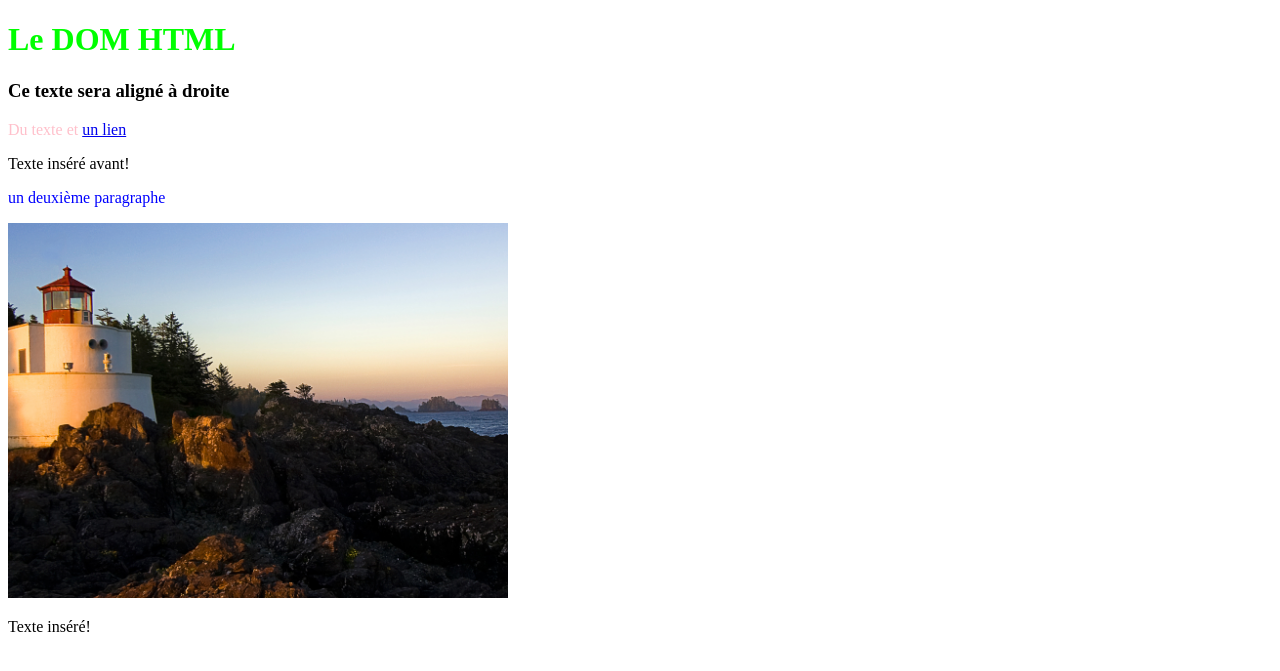
Repository: serviceshuios/-git-reference-java-lyon-worspace
Page: workspaceWeb/HtmlCssJavascript/WebContent/ModificationsDocumentEtElement.html
These files come from the project's save history. The page is drawn as it stood at one moment and after the next save; the edit follows.
The browser window is 1280 px wide. The pictures show the whole page.

Above is the page before, as saved 2017-04-05 13:21:02.

### workspaceWeb/HtmlCssJavascript/WebContent/ModificationsDocumentEtElement.html
<!DOCTYPE html>
<html>
	<head>
		<meta charset="UTF-8">
		<title>Structure HTML CSS JAVASCRIPT</title>
		<meta name="viewport" content="width=device-width, initial-scale=1.0">
		<link rel="stylesheet" href="css/style6.css" />
	</head>
	<body>
		<h1 id="gros_titre">Le DOM</h1>
		<h2>Ce texte sera supprimé</h2>
		<h3>Ce texte sera aligné à droite</h3>
		<p class="para"> Du texte et <a href="http://www.google.com">un lien</a></p>
		<p class="para">un deuxième paragraphe</p>
		<img src="img/Jellyfish.jpg"/>
		<script type="text/javascript" src="js/script6.js"></script>
	</body>
</html>

### workspaceWeb/HtmlCssJavascript/WebContent/css/style6.css
@CHARSET "UTF-8";
.para {
	color:#0000ff;
}
.para1{
	color:pink;
}
.styleTitre{
	color:#00ff00;
}
img {
	width:500px;
}
.texteAdroite{
	text-align: right;
}

### workspaceWeb/HtmlCssJavascript/WebContent/js/script6.js
document.getElementById("gros_titre").innerHTML +=" HTML";
document.getElementById("gros_titre").className="styleTitre";
document.querySelector("a").href="http://wikipedia.org";
document.querySelector("p").className="para1";
document.querySelector("img").src="img/Lighthouse.jpg";

var newPara = document.createElement('p');
newPara.id='nouveau';
var texte = document.createTextNode("Texte inséré!");
newPara.appendChild(texte);
document.body.appendChild(newPara);


var newPara2 = document.createElement('p');
//newPara.id='nouveau';
var texte = document.createTextNode("Texte inséré avant!");
newPara2.appendChild(texte);

var par1=document.querySelector('.para');
document.body.insertBefore(newPara2,par1);

var texteSupprime = document.querySelector("h2");
document.body.removeChild(texteSupprime);

After the next save:
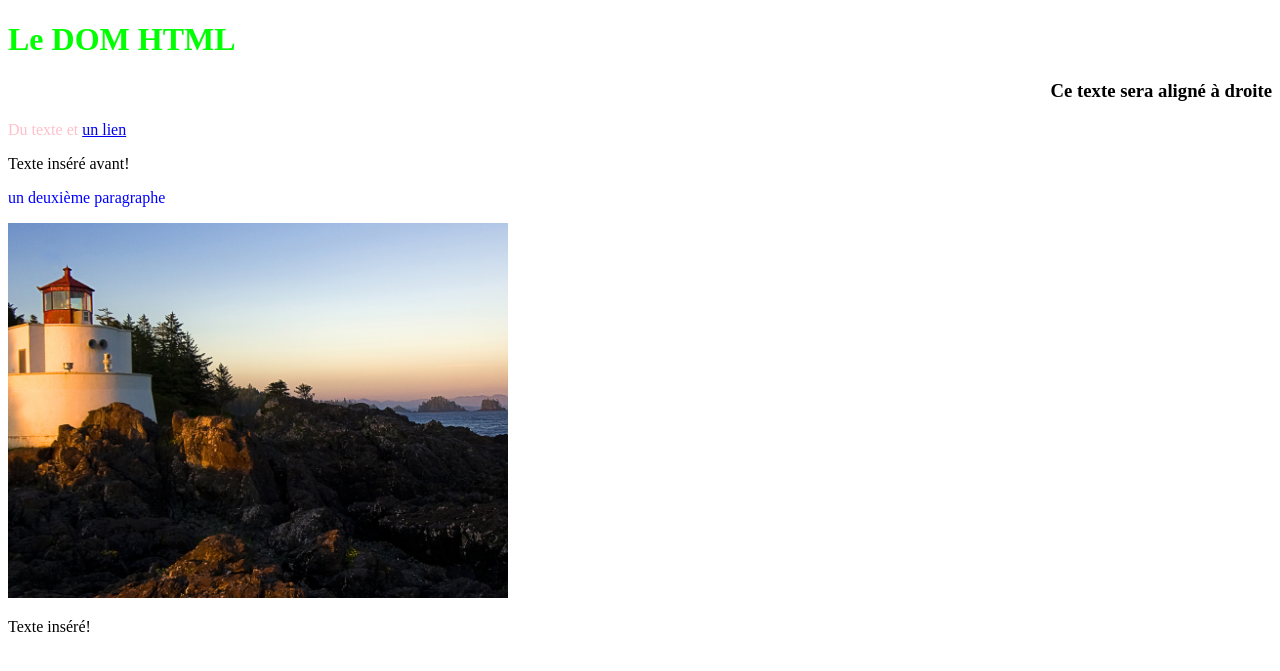
Saved 48 s later.
--- a/workspaceWeb/HtmlCssJavascript/WebContent/js/script6.js
+++ b/workspaceWeb/HtmlCssJavascript/WebContent/js/script6.js
@@ -21,3 +21,5 @@ document.body.insertBefore(newPara2,par1);
 
 var texteSupprime = document.querySelector("h2");
 document.body.removeChild(texteSupprime);
+
+document.querySelector("h3").className="texteAdroite"
